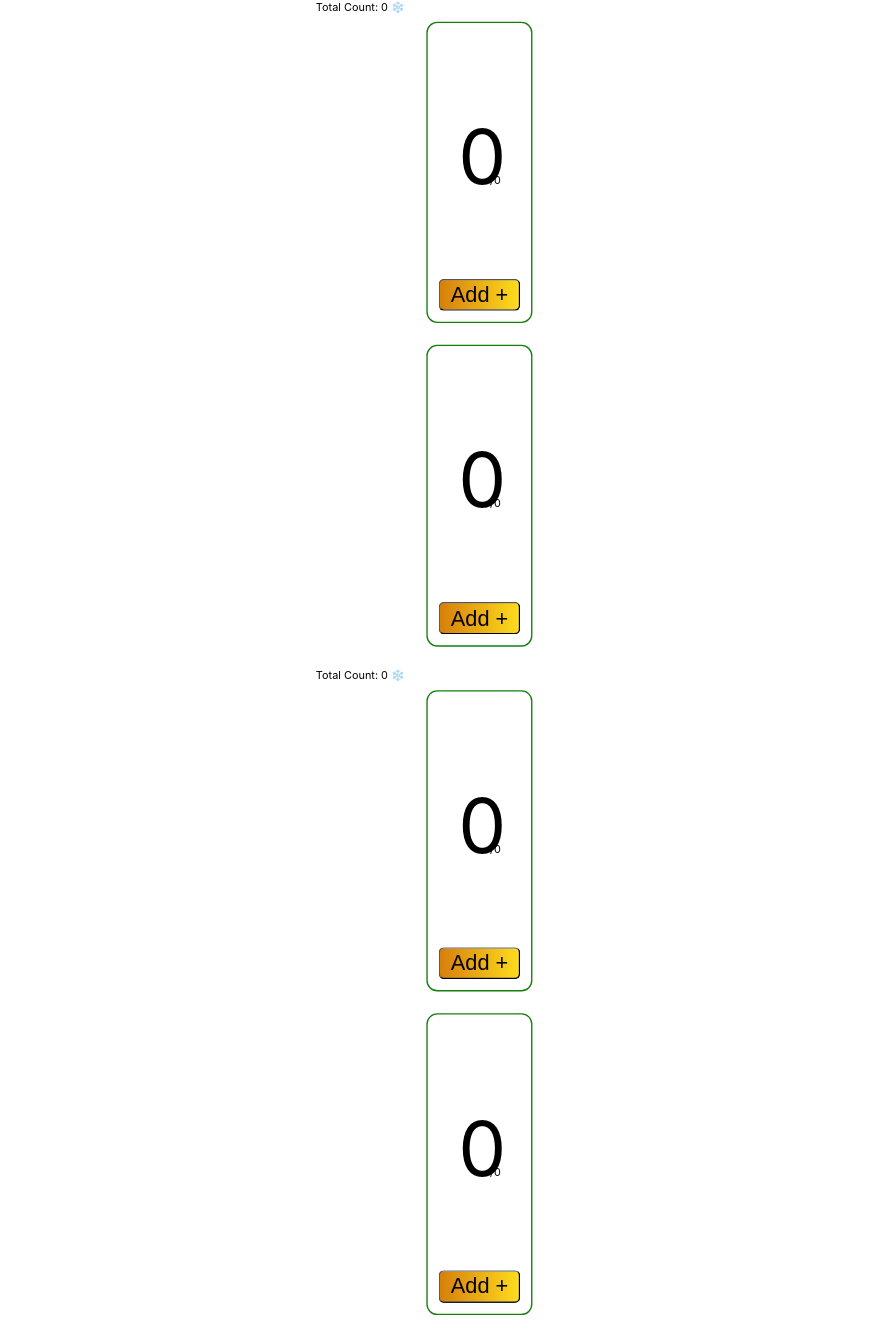
Repository: Yugayoung/css-example
Page: / (app in react/basic/)
The author's editor kept a copy of each file at every save. The page is drawn from the files as they stood at one save, then again after the next save.
The browser window is 1280 px wide. The pictures show the whole page, at 68% of full size.
The project was rebuilt for these pictures with package versions that can differ from the ones it lists, and the page was loaded fresh each time.

Above is the page before, as saved 2023-12-20 10:54:16.

After the next save:
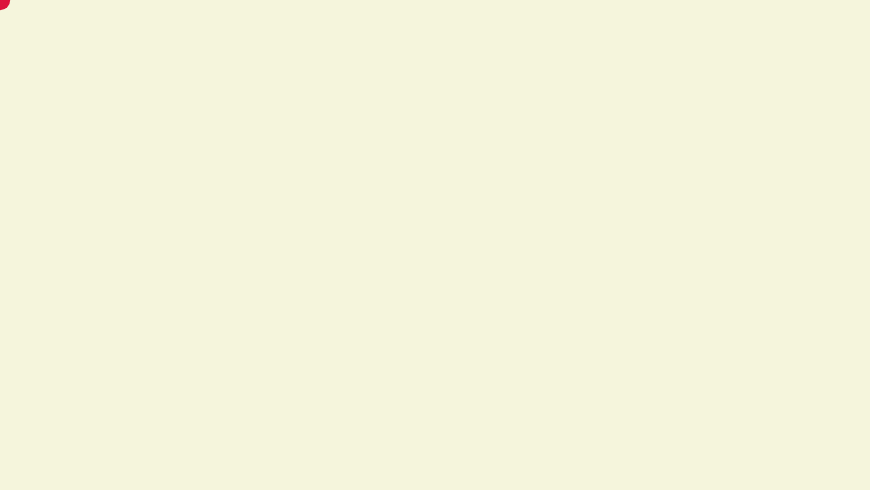
Saved 119 s later.
--- a/react/basic/src/index.js
+++ b/react/basic/src/index.js
@@ -2,13 +2,12 @@
 import ReactDOM from 'react-dom/client';
 import './index.css';
 import reportWebVitals from './reportWebVitals';
-import AppCounter from './AppCounter';
+import AppXY from './AppXY';
 
 const root = ReactDOM.createRoot(document.getElementById('root'));
 root.render(
   <React.StrictMode>
-    <AppCounter />
-    <AppCounter />
+    <AppXY />
   </React.StrictMode>
 );
 
